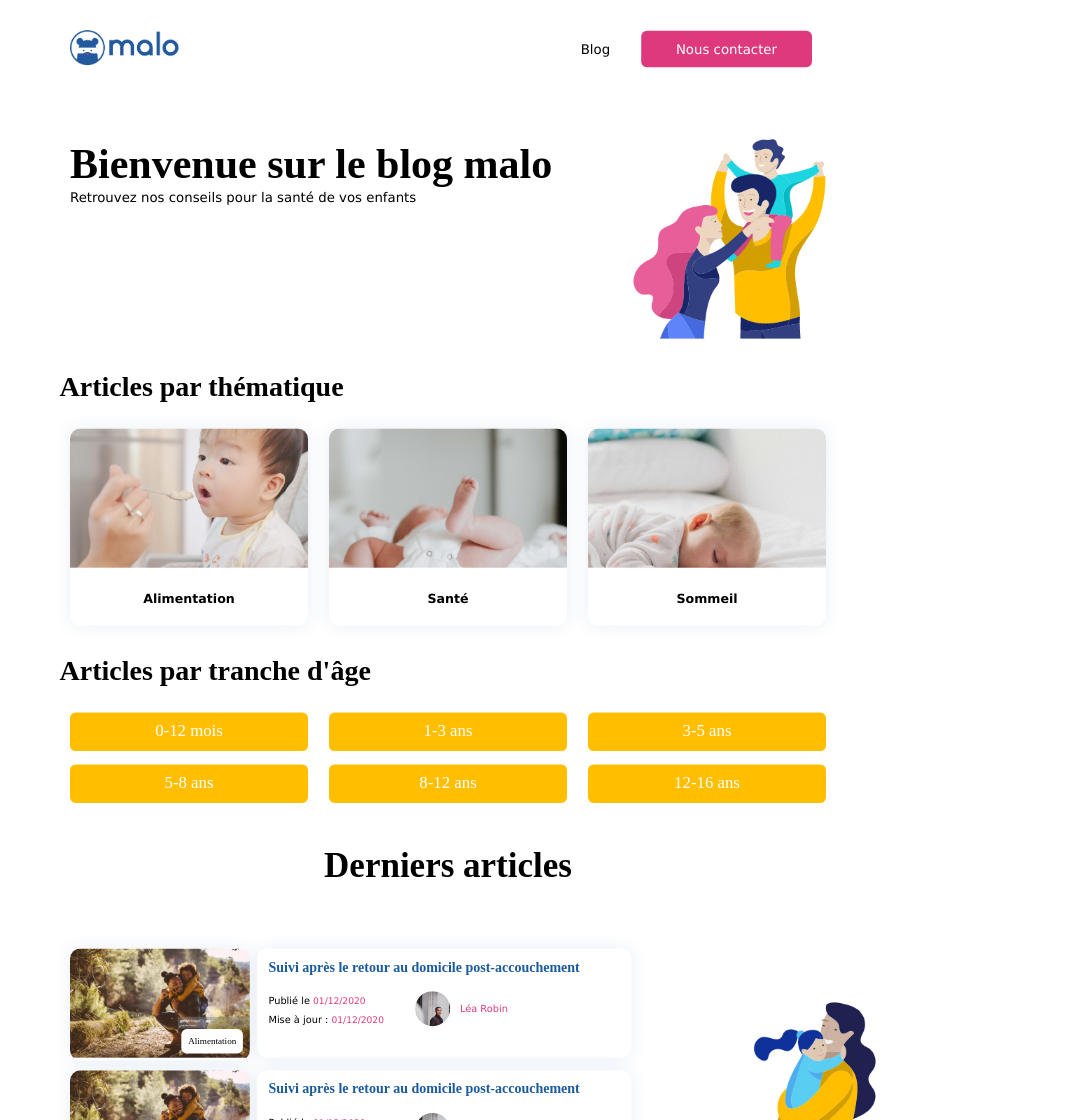
Repository: carbone-dev/keli-malo
Page: blog.html
These files come from the project's save history. The page is drawn as it stood at one moment and after the next save; the edit follows.
The browser window is 1280 px wide. The page is 1335 px wide, then 1543 px, so the pictures cover 1543 px, including what lies to the right of the window. The pictures show the part of the page from y = 0 to 1600 px (the page is 2838 px tall), at 70% of full size.

Above is the page before, as saved 2020-12-11 12:06:41.

### blog.html
<!DOCTYPE html>
<html lang="en">

<head>
    <meta charset="UTF-8">
    <meta name="viewport" content="width=device-width, initial-scale=1.0">
    <title>Document</title>
    <link rel="stylesheet" type="text/css" href="css/style.css">
    <link rel="stylesheet" type="text/css" href="css/header.css">
    <link rel="stylesheet" type="text/css" href="css/grid.css">
    <link rel="stylesheet" type="text/css" href="css/blog.css">
    <link rel="preconnect" href="https://fonts.gstatic.com">
    <link href="https://fonts.googleapis.com/css2?family=Poppins:wght@200;300;400;900&display=swap" rel="stylesheet">
</head>

<body>
    <div class="container">

        <div class="header row align-items-center">
            <div class="col-6 col-md-2 ">
                <img class='img-full-width ' src="img/logo.png">
            </div>
            <div class="menu col-6 col-md-10 right d-none d-md-block ">
                <a href="#">Blog</a>
                <a href="#" class="boutton-1">Nous contacter</a>
            </div>
            <div class="menu col-6 col-md-10 right d-md-none d-sm-block">
                <a href="#nav-mobile">
                    <img src="img/burger.png" alt="">
                </a>
            </div>

            <div id="nav-mobile" class="modaloverlay">
                <div class="modal">
                    <div class="row">
                        <div class="col-6">
                            <img class='img-full-width ' src="img/logo.png">
                        </div>
                        <div class="menu col-6 right">
                            <a href="#close" class="close">
                                <img src="img/close.png" alt="">
                            </a>
                        </div>
                    </div>
                    <div class="row align-items-center center modal-content">
                        <div class="col-12">
                            <a href="#">Blog</a>
                        </div>
                        <div class="col-12">
                            <a href="#" class="boutton-1">Nous contacter</a>
                        </div>
                        <div class="col-12">
                            <a href="#"><img src="img/instagram.png"></a>
                            <a href="#"><img src="img/linkedin.png"></a>
                            <a href="#"><img src="img/facebook.png"></a>
                        </div>
                    </div>
                </div>
            </div>
        </div>

        <div class="top-section row">
            <div class="col-12 col-md-8 t-responsive">
                <h1>
                    Bienvenue sur le blog malo
                </h1>
                <p>Retrouvez nos conseils pour la santé de vos enfants</p>
            </div>
            <div class="col-12 col-md-4 right t-responsive">
                <img src="img/blog-header-image.png" alt="blog-header-image">
            </div>
        </div>

        <div class="section t-responsive">
            <h3>Articles par thématique</h3>
            <div class="row">
                <div class="col-sm-12 col-md-4">
                    <div class="card">
                        <img src="img/blog-theme-1.jpg" alt="Avatar" style="width:100%">
                        <div class="card-content row align-items-center">
                            <p class="card-title col-12">Alimentation</p>
                        </div>
                    </div>
                </div>
                <div class="col-sm-12 col-md-4">
                    <div class="card">
                        <img src="img/blog-theme-2.jpg" alt="Avatar" style="width:100%">
                        <div class="card-content row align-items-center">
                            <p class="card-title col-12">Santé</p>
                        </div>
                    </div>
                </div>
                <div class="col-sm-12 col-md-4">
                    <div class="card">
                        <img src="img/blog-theme-3.jpg" alt="Avatar" style="width:100%">
                        <div class="card-content row align-items-center">
                            <p class="card-title col-12">Sommeil</p>
                        </div>
                    </div>
                </div>
            </div>
        </div>

        <div class="section t-responsive">
            <h3>Articles par tranche d'âge</h3>
            <div class="row">
                <div class="col-6 col-md-4 margin-bottom">
                    <button class="btn btn-tertiary full-width">0-12 mois</button>
                </div>
                <div class="col-6 col-md-4 margin-bottom">
                    <button class="btn btn-tertiary full-width">1-3 ans</button>
                </div>
                <div class="col-6 col-md-4 margin-bottom">
                    <button class="btn btn-tertiary full-width">3-5 ans</button>
                </div>
                <div class="col-6 col-md-4 margin-bottom">
                    <button class="btn btn-tertiary full-width">5-8 ans</button>
                </div>
                <div class="col-6 col-md-4 margin-bottom">
                    <button class="btn btn-tertiary full-width">8-12 ans</button>
                </div>
                <div class="col-6 col-md-4 margin-bottom">
                    <button class="btn btn-tertiary full-width">12-16 ans</button>
                </div>
            </div>
        </div>

        <div class="section">
            <h2 class="center">Derniers articles</h2>
            <div class="row">
                <div class="col-12 col-md-9">
                    <div class="blog row no-gutters">
                        <div class="col-4">
                            <div class="blog-img">
                                <img src="img/blog-1.jpg" class="full-width" alt="">
                                <span class="tag">Alimentation</span>
                            </div>
                        </div>
                        <div class="col-8">
                            <div class="blog-content">
                                <a href="article.html">
                                    <h4 class="blog-title secondary">Suivi après le retour au domicile post-accouchement
                                    </h4>
                                </a>
                                <div class="row no-gutters mt-5 col-reverse">
                                    <div class="col-md-5 col-12">
                                        <p>
                                            Publié le <span class="primary">01/12/2020 </span>
                                        </p>
                                        <p>
                                            Mise à jour : <span class="primary">01/12/2020 </span>
                                        </p>
                                    </div>
                                    <div class="col-md-7 col-12">
                                        <div class="avatar d-inline-block ">
                                            <img src="img/avatar.jpg" alt="">
                                        </div>
                                        <div class="author d-inline-block">
                                            <p class="primary">Léa Robin</p>
                                        </div>
                                    </div>
                                </div>
                            </div>
                        </div>
                    </div>

                    <div class="blog row no-gutters">
                        <div class="col-4">
                            <div class="blog-img">
                                <img src="img/blog-1.jpg" class="full-width" alt="">
                                <span class="tag">Alimentation</span>
                            </div>
                        </div>
                        <div class="col-8">
                            <div class="blog-content">
                                <a href="article.html">
                                    <h4 class="blog-title secondary">Suivi après le retour au domicile post-accouchement
                                    </h4>
                                </a>
                                <div class="row no-gutters mt-5 col-reverse">
                                    <div class="col-md-5 col-12">
                                        <p>
                                            Publié le <span class="primary">01/12/2020 </span>
                                        </p>
                                        <p>
                                            Mise à jour : <span class="primary">01/12/2020 </span>
                                        </p>
                                    </div>
                                    <div class="col-md-7 col-12">
                                        <div class="avatar d-inline-block ">
                                            <img src="img/avatar.jpg" alt="">
                                        </div>
                                        <div class="author d-inline-block">
                                            <p class="primary">Léa Robin</p>
                                        </div>
                                    </div>
                                </div>
                            </div>
                        </div>
                    </div>

                    <div class="blog row no-gutters">
                        <div class="col-4">
                            <div class="blog-img">
                                <img src="img/blog-1.jpg" class="full-width" alt="">
                                <span class="tag">Alimentation</span>
                            </div>
                        </div>
                        <div class="col-8">
                            <div class="blog-content">
                                <a href="article.html">
                                    <h4 class="blog-title secondary">Suivi après le retour au domicile post-accouchement
                                    </h4>
                                </a>
                                <div class="row no-gutters mt-5 col-reverse">
                                    <div class="col-md-5 col-12">
                                        <p>
                                            Publié le <span class="primary">01/12/2020 </span>
                                        </p>
                                        <p>
                                            Mise à jour : <span class="primary">01/12/2020 </span>
                                        </p>
                                    </div>
                                    <div class="col-md-7 col-12">
                                        <div class="avatar d-inline-block ">
                                            <img src="img/avatar.jpg" alt="">
                                        </div>
                                        <div class="author d-inline-block">
                                            <p class="primary">Léa Robin</p>
                                        </div>
                                    </div>
                                </div>
                            </div>
                        </div>
                    </div>

                    <div class="blog row no-gutters">
                        <div class="col-4">
                            <div class="blog-img">
                                <img src="img/blog-1.jpg" class="full-width" alt="">
                                <span class="tag">Alimentation</span>
                            </div>
                        </div>
                        <div class="col-8">
                            <div class="blog-content">
                                <a href="article.html">
                                    <h4 class="blog-title secondary">Suivi après le retour au domicile post-accouchement
                                    </h4>
                                </a>
                                <div class="row no-gutters mt-5 col-reverse">
                                    <div class="col-md-5 col-12">
                                        <p>
                                            Publié le <span class="primary">01/12/2020 </span>
                                        </p>
                                        <p>
                                            Mise à jour : <span class="primary">01/12/2020 </span>
                                        </p>
                                    </div>
                                    <div class="col-md-7 col-12">
                                        <div class="avatar d-inline-block ">
                                            <img src="img/avatar.jpg" alt="">
                                        </div>
                                        <div class="author d-inline-block">
                                            <p class="primary">Léa Robin</p>
                                        </div>
                                    </div>
                                </div>
                            </div>
                        </div>
                    </div>
                    <div class="no-gutters mt-5 row">
                        <div class="col-md-8 d-none d-md-block">
                        </div>
                        <div class="col-md-4 col-12">
                            <button class="btn btn-primary full-width">
                                Voir plus d'articles
                            </button>
                        </div>
                    </div>





                </div>
                <div class="col-md-3 d-none d-md-block blog-list-bg">
                    <img src="img/blog-list-bg.jpg" alt="">
                </div>
            </div>
        </div>




    </div>


    <div class="footer mt-10">
		<div class="logo-popup row center-p">
			<div class="logo-boutton center col-md-6">
				<img src="img/logo-footer.png" width="50%"><br>
				<div class="img-boutton">
					<a href="#"><img src="img/app-store.png"></a>
					<a href="#"><img src="img/google-play.png"></a>
				</div>
			</div>
			<div class="popup-icon col-md-5 left center-p">
				<div class="box-shadow news-letter">
					<h4>Newsletter</h4>
					<p>Inscrivez-vous à notre newsletter pour recevoir <br>les derniers articles du blog !</p>
					<div class="row center-p">
						<input type="email" name="mail" placeholder="Entrez votre Email"
							class="formulaire mail-footer col-md-6 col-6">
						<input type="submit" value="S'inscrire" class="formulaire boutton-footer col-md-4 col-4">
					</div>
				</div>
				<div class="suivez-footer">
					<h4>Suivez-nous</h4>
					<a href="#"><img src="img/instagram-footer.png"></a>
					<a href="#"><img src="img/linkedin-footer.png"></a>
					<a href="#"><img src="img/facebook-footer.png"></a>
				</div>


			</div>
		</div>
		<div class="menu-footer center">
			<ul class="row center ">
				<li><a href="#">kelindi </a></li>
				<li><a href="#">Board médical malo </a></li>
				<li><a href="#">Blog </a></li>
				<li><a href="#">Presse </a></li>
				<li><a href="#">Contact </a></li>
				<li><a href="#">Signaler un problème </a></li>
				<li><a href="#">FAQ </a></li>
			</ul>
			<p><span>Mentions légales CGU Politique de confidentialité</span></p>
		</div>
	</div>
</body>

</html>

### css/header.css
.header{
    margin-top: 43px;
}

/* MODAL MOBILE */

.modaloverlay {
    background: rgba(0, 0, 0, 0.8);
    bottom: 0;
    left: 0;
    opacity: 0;
    pointer-events: none;
    position: fixed;
    right: 0;
    top: 0;
    -webkit-transition: opacity 400ms ease-in;
    -moz-transition: opacity 400ms ease-in;
    transition: opacity 400ms ease-in;
    z-index: -1;
    display: none;
  }
  .modaloverlay:target {
    display: block;
    opacity: 1;
    pointer-events: auto;
    z-index: 99999;
  }
  .modaloverlay .modal {
    background-color: white;
    height: 100%;
    position: relative;
    margin: 0 auto;
    padding-top: 43px;
    padding-left: 15px;
    overflow-y: scroll;
    -webkit-overflow-scrolling: touch;
  }
  @media (min-width: 60em) {
    .modaloverlay .modal {
      height: 75%;
      margin: 5% auto;
      max-height: 57em;
      max-width: 66em;
      width: 85%;
    }
  }
  .modaloverlay .modal > iframe,
  .modaloverlay .modal > div {
    border: none;
    width: 100%;
    /* height: 100%; */
  }
  .modaloverlay .close {
    position: relative;
    top: 10px;
  }

  .modal-content{
    height: 60%;
    padding-top: 160px;
  }

Loaded but not shown: css/grid.css (1496 lines, source omitted); css/style.css (873 lines, source omitted); css/scroll.css (174 lines, source omitted); css/blog.css (141 lines, source omitted)

After the next save:
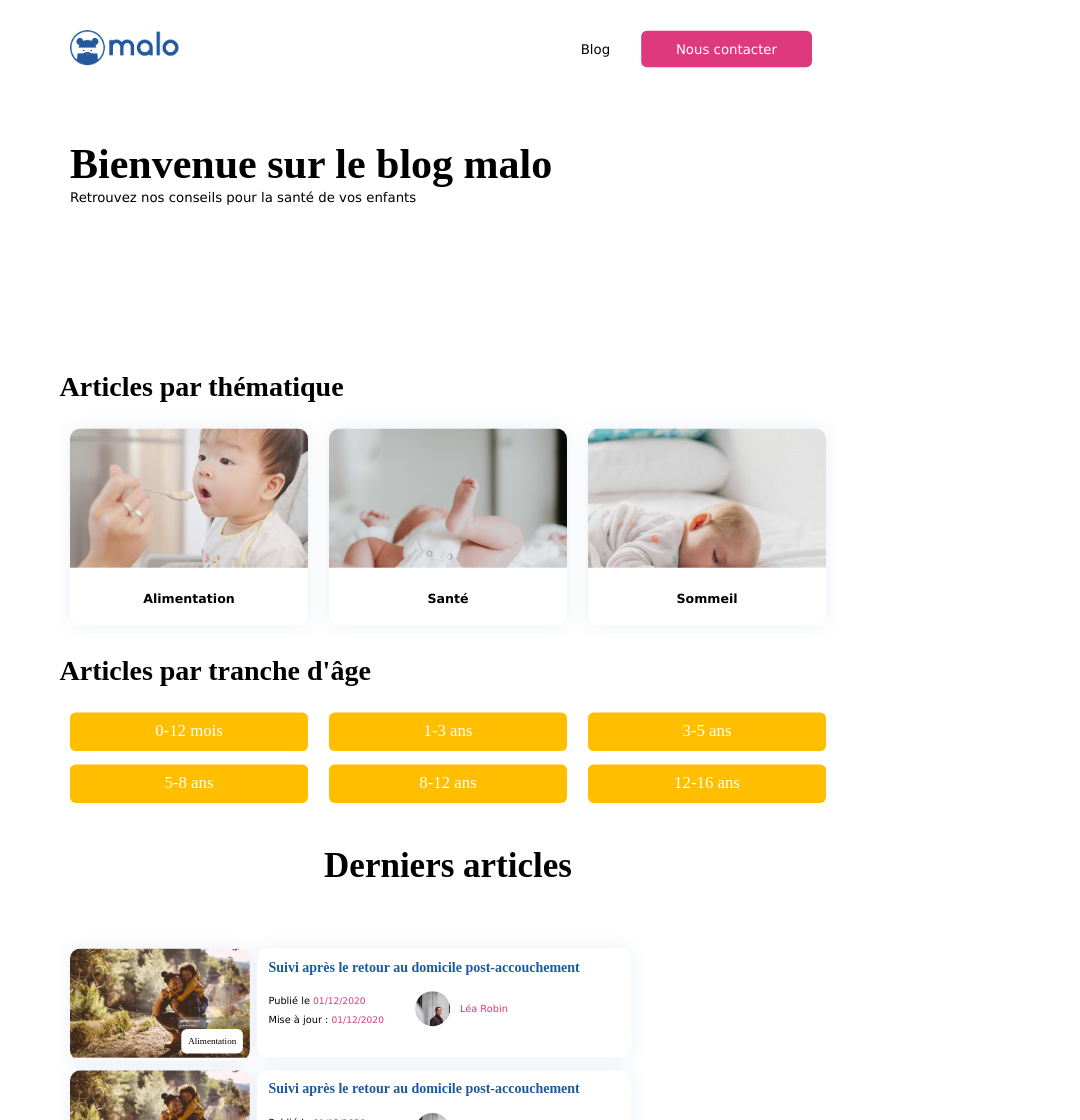
Saved 33 min 25 s later.
--- a/blog.html
+++ b/blog.html
@@ -9,6 +9,7 @@
     <link rel="stylesheet" type="text/css" href="css/header.css">
     <link rel="stylesheet" type="text/css" href="css/grid.css">
     <link rel="stylesheet" type="text/css" href="css/blog.css">
+    <link rel="stylesheet" type="text/css" href="css/scroll.css">
     <link rel="preconnect" href="https://fonts.gstatic.com">
     <link href="https://fonts.googleapis.com/css2?family=Poppins:wght@200;300;400;900&display=swap" rel="stylesheet">
 </head>
@@ -47,7 +48,7 @@
                             <a href="#">Blog</a>
                         </div>
                         <div class="col-12">
-                            <a href="#" class="boutton-1">Nous contacter</a>
+                            <a href="#" class="boutton-1 ">Nous contacter</a>
                         </div>
                         <div class="col-12">
                             <a href="#"><img src="img/instagram.png"></a>
@@ -67,7 +68,7 @@
                 <p>Retrouvez nos conseils pour la santé de vos enfants</p>
             </div>
             <div class="col-12 col-md-4 right t-responsive">
-                <img src="img/blog-header-image.png" alt="blog-header-image">
+                <img src="img/blog-header-image.png" alt="blog-header-image" class="anim-right show-on-scroll">
             </div>
         </div>
 
@@ -76,7 +77,7 @@
             <div class="row">
                 <div class="col-sm-12 col-md-4">
                     <div class="card">
-                        <img src="img/blog-theme-1.jpg" alt="Avatar" style="width:100%">
+                        <img src="img/blog-theme-1.jpg" alt="Avatar" style="width:100%" class="">
                         <div class="card-content row align-items-center">
                             <p class="card-title col-12">Alimentation</p>
                         </div>
@@ -84,7 +85,7 @@
                 </div>
                 <div class="col-sm-12 col-md-4">
                     <div class="card">
-                        <img src="img/blog-theme-2.jpg" alt="Avatar" style="width:100%">
+                        <img src="img/blog-theme-2.jpg" alt="Avatar" style="width:100%" class="">
                         <div class="card-content row align-items-center">
                             <p class="card-title col-12">Santé</p>
                         </div>
@@ -92,7 +93,7 @@
                 </div>
                 <div class="col-sm-12 col-md-4">
                     <div class="card">
-                        <img src="img/blog-theme-3.jpg" alt="Avatar" style="width:100%">
+                        <img src="img/blog-theme-3.jpg" alt="Avatar" style="width:100%" class="">
                         <div class="card-content row align-items-center">
                             <p class="card-title col-12">Sommeil</p>
                         </div>
@@ -130,13 +131,13 @@
             <div class="row">
                 <div class="col-12 col-md-9">
                     <div class="blog row no-gutters">
-                        <div class="col-4">
+                        <div class="col-4 ">
                             <div class="blog-img">
                                 <img src="img/blog-1.jpg" class="full-width" alt="">
                                 <span class="tag">Alimentation</span>
                             </div>
                         </div>
-                        <div class="col-8">
+                        <div class="col-8 ">
                             <div class="blog-content">
                                 <a href="article.html">
                                     <h4 class="blog-title secondary">Suivi après le retour au domicile post-accouchement
@@ -165,13 +166,13 @@
                     </div>
 
                     <div class="blog row no-gutters">
-                        <div class="col-4">
+                        <div class="col-4 ">
                             <div class="blog-img">
                                 <img src="img/blog-1.jpg" class="full-width" alt="">
                                 <span class="tag">Alimentation</span>
                             </div>
                         </div>
-                        <div class="col-8">
+                        <div class="col-8 ">
                             <div class="blog-content">
                                 <a href="article.html">
                                     <h4 class="blog-title secondary">Suivi après le retour au domicile post-accouchement
@@ -200,13 +201,13 @@
                     </div>
 
                     <div class="blog row no-gutters">
-                        <div class="col-4">
+                        <div class="col-4 ">
                             <div class="blog-img">
                                 <img src="img/blog-1.jpg" class="full-width" alt="">
                                 <span class="tag">Alimentation</span>
                             </div>
                         </div>
-                        <div class="col-8">
+                        <div class="col-8 ">
                             <div class="blog-content">
                                 <a href="article.html">
                                     <h4 class="blog-title secondary">Suivi après le retour au domicile post-accouchement
@@ -241,7 +242,7 @@
                                 <span class="tag">Alimentation</span>
                             </div>
                         </div>
-                        <div class="col-8">
+                        <div class="col-8 ">
                             <div class="blog-content">
                                 <a href="article.html">
                                     <h4 class="blog-title secondary">Suivi après le retour au domicile post-accouchement
@@ -284,7 +285,7 @@
 
                 </div>
                 <div class="col-md-3 d-none d-md-block blog-list-bg">
-                    <img src="img/blog-list-bg.jpg" alt="">
+                    <img src="img/blog-list-bg.jpg" alt="" class="anim-right show-on-scroll">
                 </div>
             </div>
         </div>
